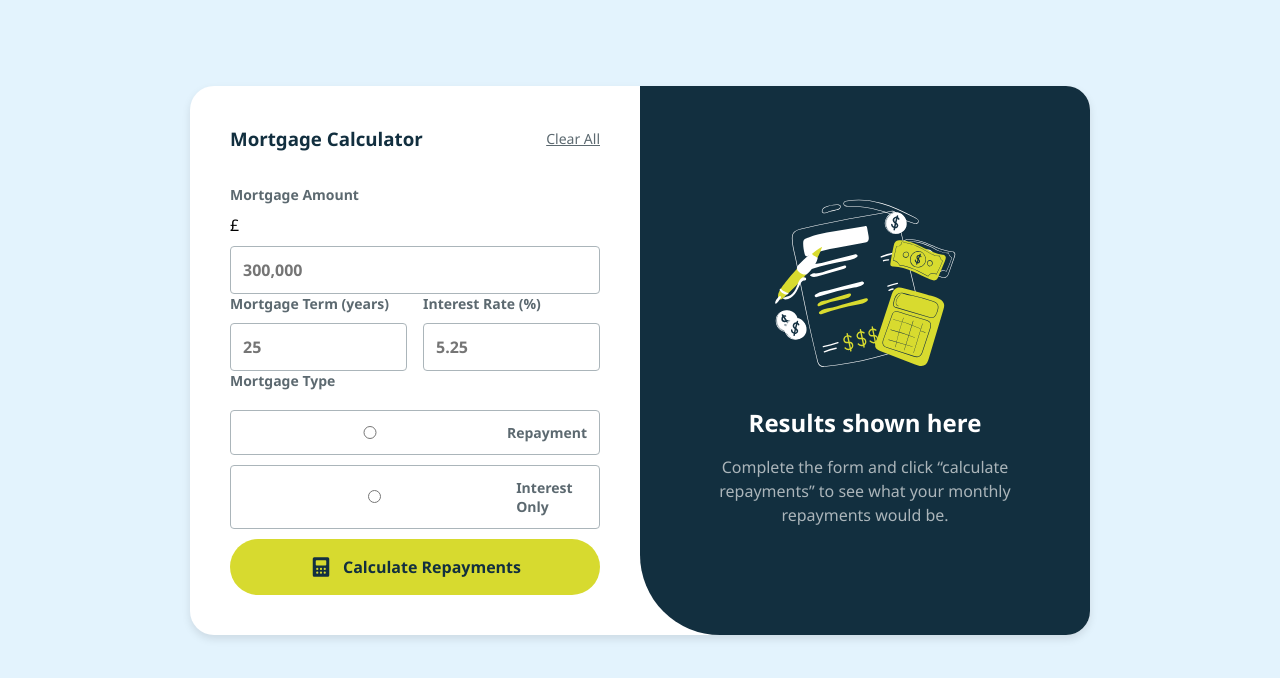
Repository: GravielPV/Mortgage-repayment-calculator
Page: index.html
An editor plug-in stored every save of this project. The page is shown before and after the next save, followed by the edit.
The browser window is 1280 px wide. The pictures show the whole page.

Above is the page before, as saved 2025-12-19 11:45:11.

### index.html
<!DOCTYPE html>
<html lang="en">
<head>
  <meta charset="UTF-8">
  <meta name="viewport" content="width=device-width, initial-scale=1.0"> <!-- displays site properly based on user's device -->

  <link rel="icon" type="image/png" sizes="32x32" href="./assets/images/favicon-32x32.png">
  <link rel="stylesheet" href="styles.css">
  <title>Frontend Mentor | Mortgage repayment calculator</title>


</head>
<body>
  <div class="carta">



  <div class="lado-izquierdo">

    <div class="header-form">
      <h3>Mortgage Calculator</h3>
      <a href="#" id="clear-all">Clear All</a>
    </div>

    <form id="mortgage-form">

      <!-- Mortgage Amount -->
      <div class="campo">
        <label for="input-mortgage">Mortgage Amount</label>

         <span>£</span>
        <input

          type="number"
          id="input-mortgage"
          name="mortgage"
          placeholder="300,000" >


      </div>

      <!-- Mortgage Term & Interest Rate -->
      <div class="grupo-doble">
        <div class="campo1">
          <label for="input-term">Mortgage Term (years)</label>
          <input
            type="number"
            id="input-term"
            name="term"
            placeholder="25">
        </div>

        <div class="campo1">
          <label for="input-interest">Interest Rate (%)</label>
          <input
            type="number"
            step="0.01"
            id="input-interest"
            name="interest"
            placeholder="5.25">
        </div>
      </div>

      <!-- Mortgage Type -->
      <div class="campo">
        <label>Mortgage Type</label>

        <div class="radios">
          <label class="radio arriba">
            <input type="radio" name="mortgage-type" value="repayment" id="repayment">
            Repayment
          </label>

          <label class="radio abajo">
            <input type="radio" name="mortgage-type" value="interest-only" id="interest-only">
            Interest Only
          </label>
        </div>
      </div>

      <!-- Botón -->
      <div class="boton">

        <button type="button" onclick="calcular()"> <img src="assets/images/icon-calculator.svg" alt="calculadora icon">Calculate Repayments</button>
      </div>



    </form>

  </div>




  <!-- Empty results start -->

  <div class="derecho">

    <img src="assets/images/illustration-empty.svg" alt="mostrar">

  <h3>Results shown here</h3>

  <p>Complete the form and click “calculate repayments” to see what
  your monthly repayments would be.</p>
  </div>

  <!-- Empty results end -->

  <!-- Completed results start -->

  <div class="resultado">
    <h3>Your results</h3>
    <p>Your results are shown below based on the information you provided.
    To adjust the results, edit the form and click “calculate repayments” again.</p>

    <div class="caja-resultados">
      <p>Your monthly repayments</p>
      <h1 id="monthly-repayment"></h1>

      <hr>

      <p>Total you'll repay over the term</p>
      <h3 id="total-repayment"></h3>
    </div>
  </div>

</div>

<!-- Completed results end -->

<script src="app.js"></script>
</body>
</html>

### styles.css
* {
    box-sizing: border-box;
    margin: 0;
    padding: 0;
    font-family: 'Segoe UI', Tahoma, Geneva, Verdana, sans-serif;
}

body {
    background-color: hsl(202, 86%, 94%);
    display: flex;
    justify-content: center;
    align-items: center;
    min-height: 100vh;
}

.carta {
    width: 100%;
    max-width: 900px;
    background-color: white;
    display: flex;
    border-radius: 24px;
    overflow: hidden;
    box-shadow: 0 4px 8px 0 rgba(0, 0, 0, 0.1);
    margin: 20px;
}

/* ---- Lado Izquierdo ---- */
.lado-izquierdo {
    width: 50%;
    padding: 40px;
    display: flex;
    flex-direction: column;
    gap: 24px;
}

.header-form {
    display: flex;
    justify-content: space-between;
    align-items: center;
    margin-bottom: 10px;
}

.header-form h3 {
    color: hsl(202, 55%, 16%);
}

.header-form a {
    color: hsl(200, 10%, 40%);
    text-decoration: underline;
    font-size: 14px;
    cursor: pointer;
}

.header-form a:hover {
    color: hsl(202, 55%, 16%);
}

/* Inputs */
.campo {
    display: flex;
    flex-direction: column;
    gap: 10px;
}

.campo label, .campo1 label {
    color: hsl(200, 10%, 40%);
    font-size: 14px;
    font-weight: bold;
}

.campo input, .campo1 input {
    padding: 12px;
    border: 1px solid hsl(200, 10%, 70%);
    border-radius: 4px;
    font-size: 16px;
    font-weight: bold;
    cursor: pointer;
    width: 100%;
}

.campo input:focus, .campo1 input:focus {
    outline: none;
    border-color: hsl(61, 70%, 52%);
}

.grupo-doble {
    display: flex;
    gap: 16px;
}

.campo1 {
    display: flex;
    flex-direction: column;
    gap: 10px;
    width: 50%;
}

/* Radio buttons */
.radios {
    display: flex;
    flex-direction: column;
    gap: 10px;
}

.radio {
    display: flex;
    align-items: center;
    border: 1px solid hsl(200, 10%, 70%);
    padding: 12px;
    border-radius: 4px;
    cursor: pointer;
    gap: 10px;
    font-weight: bold;
    color: hsl(202, 55%, 16%);
}

.radio:hover {
    border-color: hsl(61, 70%, 52%);
}

.arriba{
    display: flex;
    align-items: center;
    gap: 10px;
    margin-top: 10px;
}

.radio input {
    margin: 0;
    accent-color: hsl(61, 70%, 52%);
}

/* Boton */
.boton {
    margin-top: 10px;
}

button {
    display: flex;
    align-items: center;
    justify-content: center;
    gap: 10px;
    padding: 16px 32px;
    background-color: hsl(61, 70%, 52%);
    border: none;
    color: hsl(202, 55%, 16%);
    border-radius: 30px;
    cursor: pointer;
    font-weight: bold;
    font-size: 16px;
    width: 100%;
    transition: background-color 0.3s;
}

button:hover {
    background-color: hsl(61, 70%, 70%);
}

/* ---- Lado Derecho ---- */
.derecho {
    width: 50%;
    background-color: hsl(202, 55%, 16%);
    color: white;
    padding: 40px;
    display: flex;
    flex-direction: column;
    justify-content: center;
    align-items: center;
    text-align: center;
    border-bottom-left-radius: 80px;
}

.derecho img {
    margin-bottom: 20px;
}

.derecho h3 {
    margin-bottom: 16px;
    font-size: 24px;
}

.derecho p {
    color: hsl(200, 10%, 70%);
    line-height: 1.5;
}

.resultado {
    display: none;
    width: 50%;
    background-color: hsl(202, 55%, 16%);
    border-bottom-left-radius: 80px;
    overflow: hidden;
    padding: 40px;
}

.resultado .caja-resultados {

    background-color: hsl(201, 46%, 7%);
    color: hsl(61, 70%, 52%);
    width: 95%;
    position: relative;
    left: 20px;
    top: 50px;
    padding: 60px;
    border-radius: 10px;
    border-top: 3px solid greenyellow;
    height: 250px;



}

.resultado  p{
    color: hsl(203, 41%, 72%);

}

.resultado h3{

    color: hsl(202, 86%, 94%);
    padding: 20px;

}



/* Responsive */
@media (max-width: 768px) {
    body {
        align-items: flex-start;
        background-color: white;
    }

    .carta {
        flex-direction: column;
        border-radius: 0;
        margin: 0;
        box-shadow: none;
        max-width: 100%;
    }

    .lado-izquierdo, .derecho {
        width: 100%;
        padding: 24px;
    }

    .derecho {
        border-radius: 0;
        min-height: 400px;
    }

    .grupo-doble {
        flex-direction: column;
    }

    .campo1 {
        width: 100%;
    }
}

### app.js
// INPUTS
const montoInput = document.getElementById("input-mortgage");
const yearsInput = document.getElementById("input-term");
const interesInput = document.getElementById("input-interest");

// RADIOS
const repaymentRadio = document.getElementById("repayment");
const interestOnlyRadio = document.getElementById("interest-only");

// RESULTADOS
const resultadoBox = document.querySelector(".resultado");
const derechoBox = document.querySelector(".derecho");

const monthlyText = document.getElementById("monthly-repayment");
const totalText = document.getElementById("total-repayment");

// CLEAR ALL
const clearAllBtn = document.getElementById("clear-all");

// FORMATO MONEDA
function formatoMoneda(valor) {
  return new Intl.NumberFormat("en-US", {
    style: "currency",
    currency: "USD",
    minimumFractionDigits: 2,
  }).format(valor);
}

// CALCULAR
function calcular() {
  const monto = Number(montoInput.value);
  const years = Number(yearsInput.value);
  const interes = Number(interesInput.value) / 100;

  if (!monto || !years || !interes) {
    alert("Please complete all fields");
    return;
  }

  const r = interes / 12;
  const n = years * 12;

  let pagoMensual = 0;
  let pagoTotal = 0;

  // REPAYMENT
  if (repaymentRadio.checked) {
    pagoMensual =
      (monto * r * Math.pow(1 + r, n)) /
      (Math.pow(1 + r, n) - 1);

    pagoTotal = pagoMensual * n;
  }

  // INTEREST ONLY
  if (interestOnlyRadio.checked) {
    pagoMensual = monto * r;
    pagoTotal = pagoMensual * n;
  }

  // MOSTRAR RESULTADOS
  monthlyText.textContent = formatoMoneda(pagoMensual);
  totalText.textContent = formatoMoneda(pagoTotal);

  derechoBox.style.display = "none";
  resultadoBox.style.display = "block";
}

// CLEAR ALL
clearAllBtn.addEventListener("click", (e) => {
  e.preventDefault();

  montoInput.value = "";
  yearsInput.value = "";
  interesInput.value = "";

  repaymentRadio.checked = true;
  interestOnlyRadio.checked = false;

  resultadoBox.style.display = "none";
  derechoBox.style.display = "block";
});

After the next save:
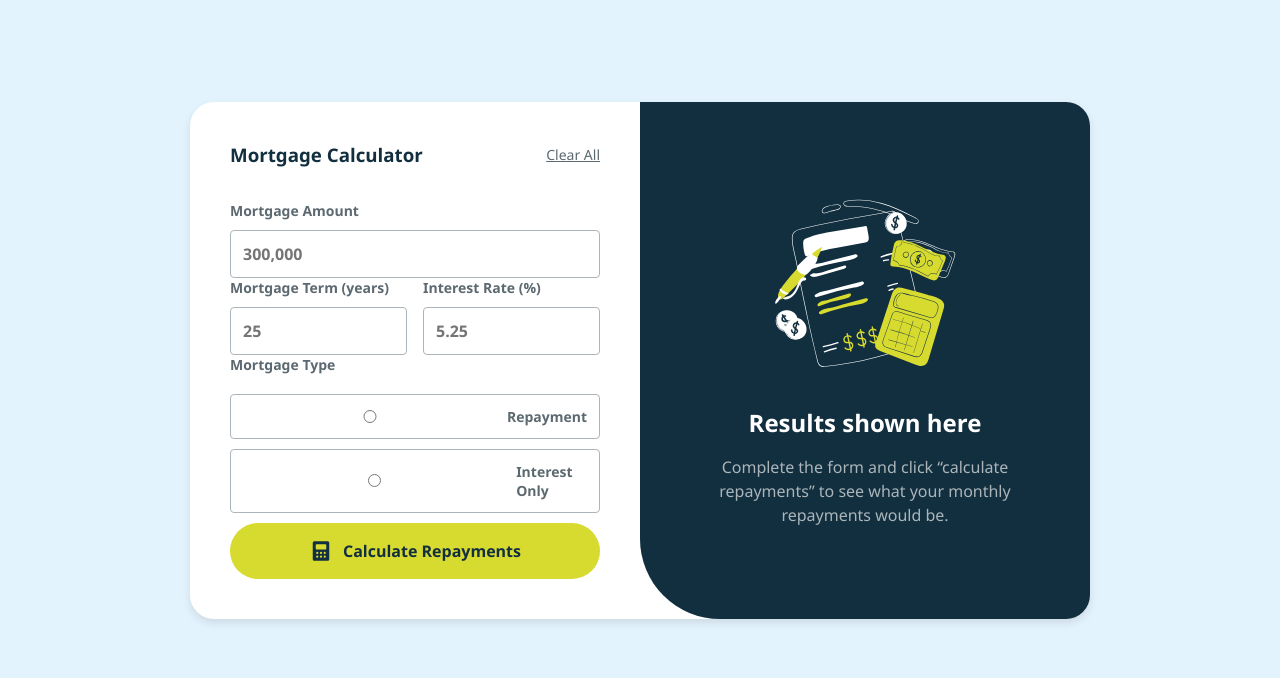
Saved 4 s later.
--- a/index.html
+++ b/index.html
@@ -28,7 +28,7 @@
       <div class="campo">
         <label for="input-mortgage">Mortgage Amount</label>
 
-         <span>£</span>
+
         <input
 
           type="number"

After the save that followed:
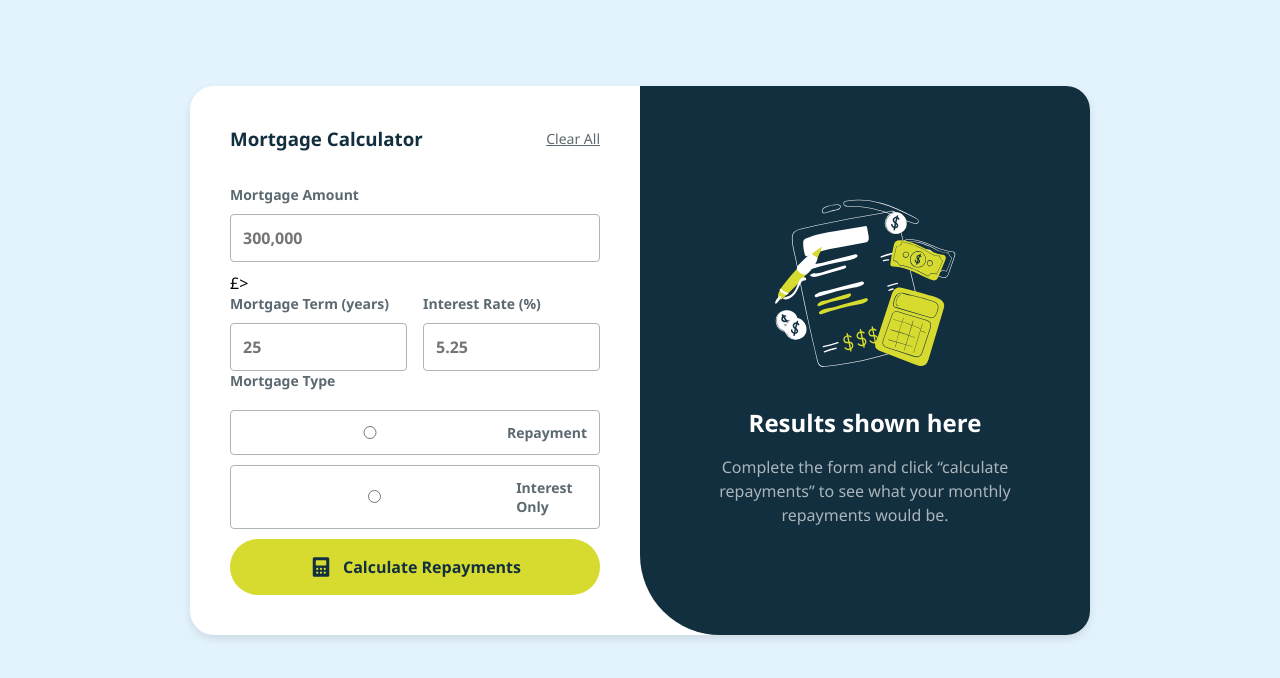
Saved 5 s later.
--- a/index.html
+++ b/index.html
@@ -34,7 +34,7 @@
           type="number"
           id="input-mortgage"
           name="mortgage"
-          placeholder="300,000" >
+          placeholder="300,000"   <span>£</span>>
 
 
       </div>
